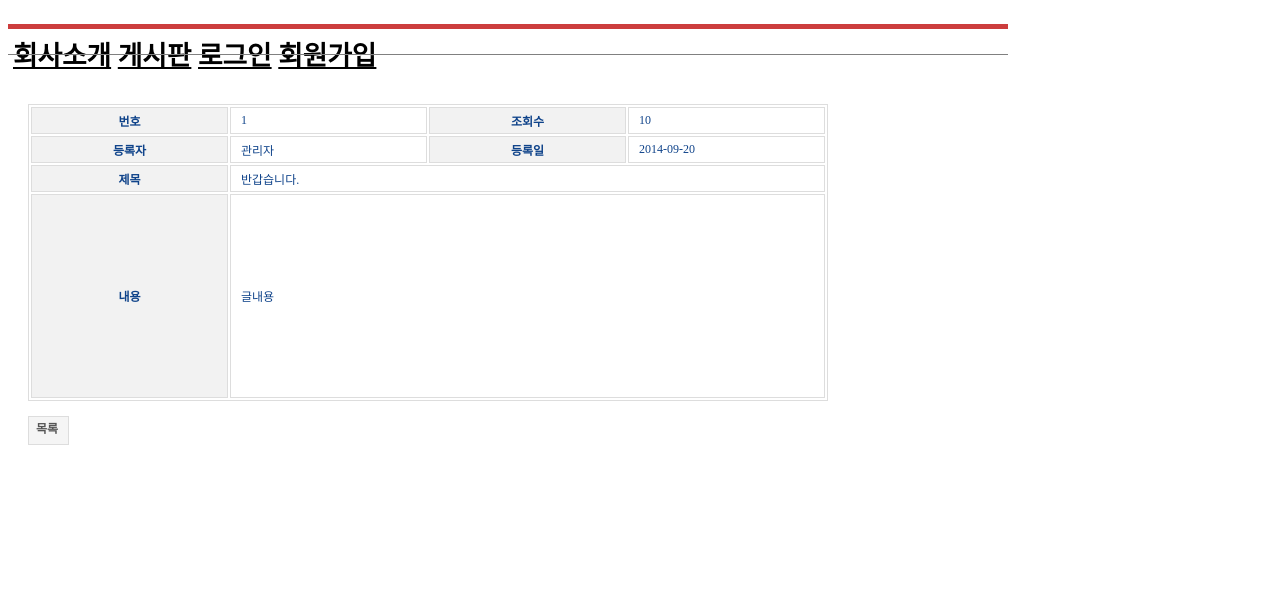
Repository: asaf0813/aisw
Page: java/이클립스/workspace/html/htmltest/WebContent/board/view.html
The author's editor kept a copy of each file at every save. The page is drawn from the files as they stood at one save, then again after the next save.
The browser window is 1280 px wide. The pictures show the part of the page from y = 158 to 777 px (the page is 762 px tall before and 777 px after).

Above is the page before, as saved 2019-10-03 07:20:17.

### java/이클립스/workspace/html/htmltest/WebContent/board/view.html
<!doctype html>
<html lang="en">
	<head>
		<meta charset="UTF-8">
		<meta name="Generator" content="EditPlus®">
		<meta name="Author" content="">
		<meta name="Keywords" content="">
		<meta name="Description" content="">
		<title>view</title>
		<link href="./view.css" rel="stylesheet" type="text/css" >
	</head>
	<body>

		<div class="header">
			<a href="../main.html">
			<img width="100%" height="150" src = "http://www.postech.ac.kr/wp-content/themes/postech/images/imgs/signature4.png", alt="" ></a>
		<div>
			<p style="margin-top:20px"></p>
		</div>

		<div class="topnavi_ds">
			<div class="topnavi">
				<a href="../intro/intro.html">회사소개</a> <a href="../board/list.html">게시판</a> <a href="../member/login.html">로그인</a> <a href="../member/join.html">회원가입</a>
			</div>
		</div>

		<div class="divide"/>

		<div class="body">

			<div class="modify_user" >
				<table>
					<tr>
						<th width="15%" height="23" nowrap>번호</th>
						<td width="15%">1</td>
						<th width="15%" height="23" nowrap >조회수</th>
						<td width="15%">10</td>
					</tr>
					<tr>
						<th width="15%" height="23">등록자</th>
						<td width="15%">관리자</td>
						<th width="15%">등록일</th>
						<td width="15%">2014-09-20</td>
					</tr>
					<tr>
						<th width="15%" height="23" nowrap >제목</th>
						<td width="15%" colspan="3">반갑습니다.</td>
					</tr>
					<tr>
						<th width="15%" height="23">내용</th>
						<td width="15%" colspan="3" height="200">글내용</td>
					</tr>
				</table>
			</div>
			<br />
			<div class="buttons">
				<a href="./list.html">목록</a>
			</div>

		</div>

	</body>
</html>

### java/이클립스/workspace/html/htmltest/WebContent/board/view.css
.header a:hover{color:red;}
.header a{color:blue;}

.header{
	width:1000px;
	height:50px;
	float:left;
	font-size: 9pt;
}

.topnavi_ds{
	width:100%;
	height:5px;
	background-color:#CC3D3D;
	float:left;
}
.topnavi a:hover{color:green;}
.topnavi a{color:#000000;}

.topnavi{
	width:1000px; height:30px;
	float:left;
	margin-top:10px;
	margin-left:5px;
	font-size: 20pt;
	font-weight: bold;
}

.divide{
	width:100%;
	height:1px;
	float:left;
	margin-top: 25px;
	background-color:gray;
}

.body{
	font-size: 9pt;
	margin-top:50px;
	margin-left:20px;
	width:1000px;
	height:500px;
	float:left;
}


.modify_user table{
	clear:both; width:800px;
	border: 1px solid #dddddd;
    overflow: hidden;
    white-space: nowrap;
}

.modify_user table th {
	background-color:#f2f2f2;
	border:1px solid #dddddd;
    color:#0f438a;
}

.modify_user table td{
	background-color:#ffffff;
	border:1px solid #dddddd;
    color:#0f438a;
    padding-left:10px;
}


/* btn */
.buttons a, .buttons button{

    display:block;
    float:left;
    margin:0 7px 0 0;
    background-color:#f5f5f5;
    border:1px solid #dddddd;
    font-size:9pt;
    line-height:130%;
    text-decoration:none;
    font-weight:bold;
    color:#565656;
    cursor:pointer;
    padding:5px 10px 6px 7px; /* Links */
}

.buttons a:hover{color:#4786AD;}

After the next save:
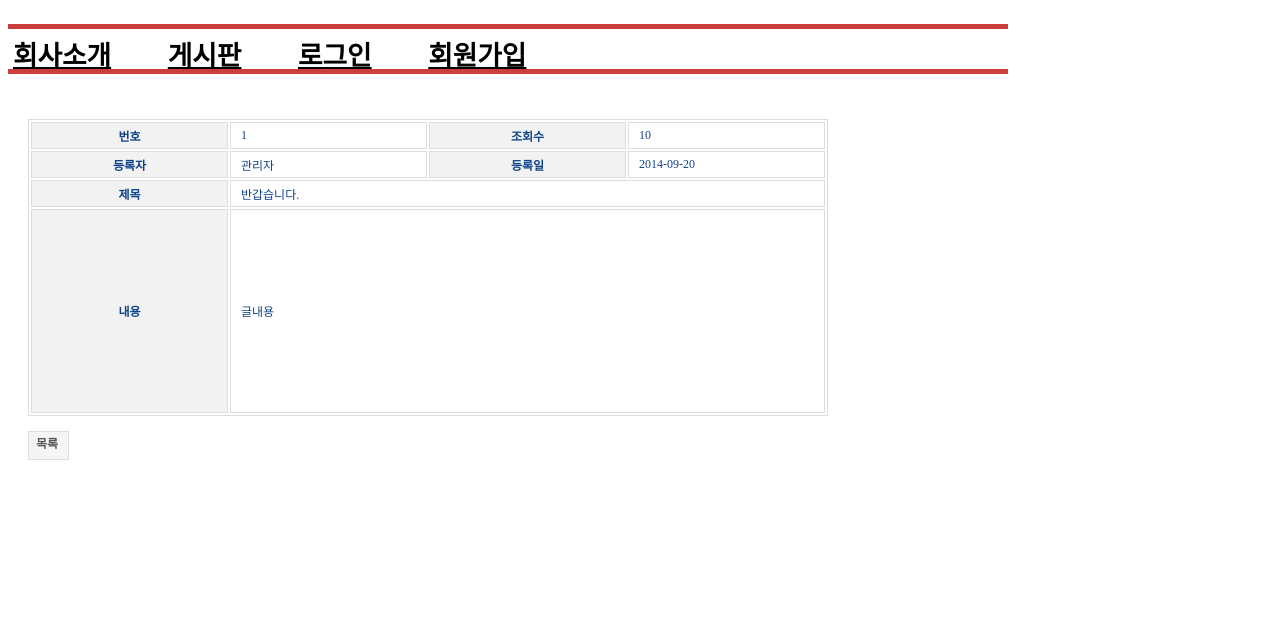
Saved 1 s later.
--- a/java/이클립스/workspace/html/htmltest/WebContent/board/view.css
+++ b/java/이클립스/workspace/html/htmltest/WebContent/board/view.css
@@ -24,14 +24,16 @@
 	margin-left:5px;
 	font-size: 20pt;
 	font-weight: bold;
+	word-spacing:50px;
 }
 
 .divide{
 	width:100%;
-	height:1px;
+	height:5px;
 	float:left;
 	margin-top: 25px;
-	background-color:gray;
+	background-color:#CC3D3D;
+	margin-top:40px;
 }
 
 .body{
@@ -42,6 +44,8 @@
 	height:500px;
 	float:left;
 }
+
+
 
 
 .modify_user table{
